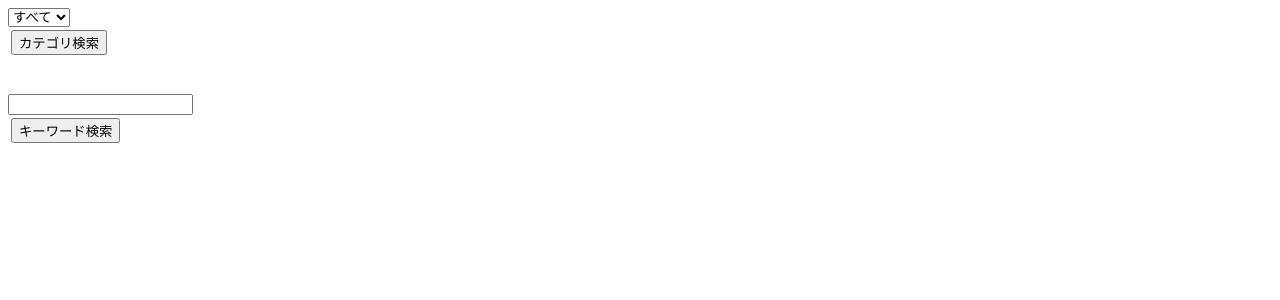
Repository: kousuke-2047/test
Page: http://localhost/Item/GosearchAction.action
The author's editor kept a copy of each file at every save. The page is drawn from the files as they stood at one save, then again after the next save.
The browser window is 1280 px wide. The pictures show the whole page.
The page is served by Tomcat 9. Other server files are loaded and not shown.

Above is the page before, as saved 2018-06-20 02:34:58.

### Item/WebContent/search.jsp
<%@ page language="java" contentType="text/html; charset=UTF-8"
    pageEncoding="UTF-8"%>
<%@ taglib prefix ="s" uri="/struts-tags" %>
<!DOCTYPE html>
<html>
<head>
	<meta http-equiv="Content-Type" content="text/html; charset=UTF-8">
	<meta http-equiv="Content-Style-Type" content="text/css"/>
	<meta http-equiv="Content-Script-Type" content= "text/javascript" />
	<meta http-equiv="imagetoolbar" content= "no" />
	<meta name = "description" content="" />
	<meta name="keywords" content="" />
<title>検索画面</title>
</head>
<body>

	<s:form action ="CSearchAction">

		<select name="category">
			<option value="" selected ="selected">すべて</option>
			<option value="文具">文具</option>
			<option value="飲料">飲料</option>
			<option value="その他">その他</option>
		</select>

		<input type="hidden" name="number" value="1">
		<s:submit value="カテゴリ検索"/>
	</s:form>
	<br><br>
	<s:form action ="WSearchAction">
		<input type="text" name="word">
		<input type="hidden" name="number" value="1">
		<s:submit value="キーワード検索"/>
	</s:form>



</body>
</html>

After the next save:
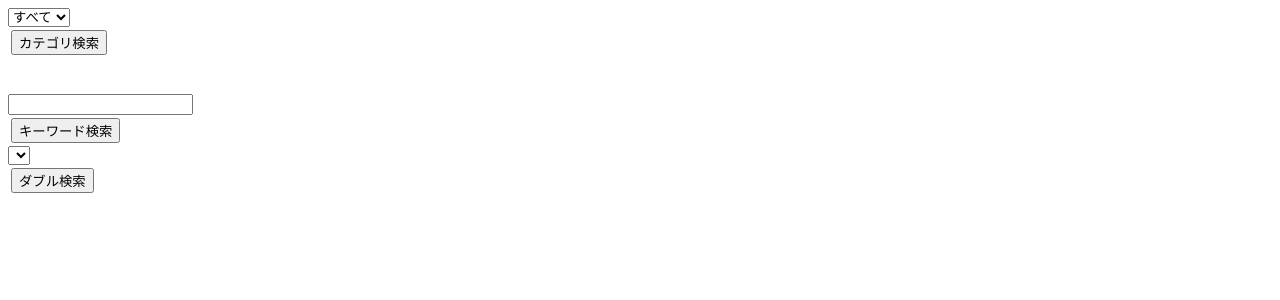
Saved 2 h 14 min later.
--- a/Item/WebContent/search.jsp
+++ b/Item/WebContent/search.jsp
@@ -33,6 +33,14 @@
 		<s:submit value="キーワード検索"/>
 	</s:form>
 
+	<s:form action ="XSearchAction">
+		<select name="category>
+		</select>
+		<input type ="text" name="word">
+		<input type="hidden" name="number" value="1">
+		<s:submit value="ダブル検索"/>
+	</s:form>
+
 
 
 </body>
